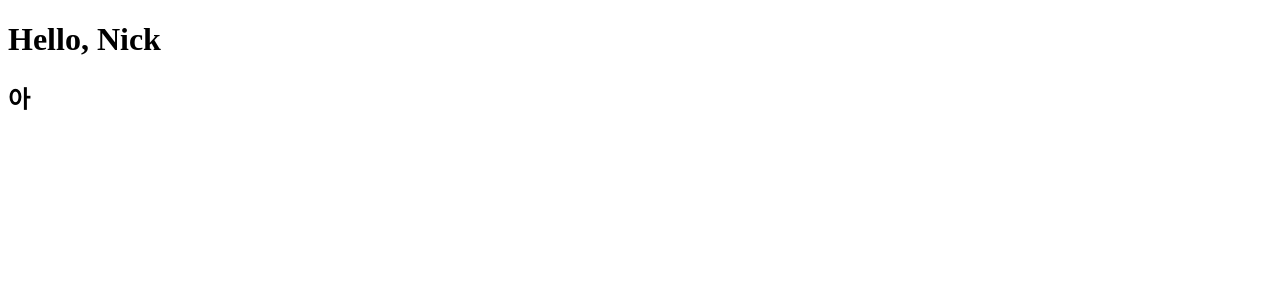
Repository: EzJonghwa/workspace_jsp
Page: test/src/main/webapp/index.html
An editor plug-in stored every save of this project. The page is shown before and after the next save, followed by the edit.
The browser window is 1280 px wide. The pictures show the whole page.

Above is the page before, as saved 2024-09-19 01:38:09.

After the next save:
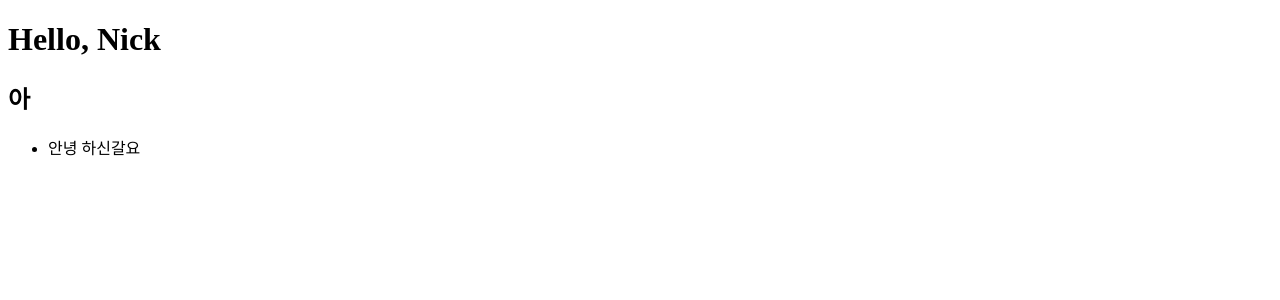
Saved 97 s later.
--- a/test/src/main/webapp/index.html
+++ b/test/src/main/webapp/index.html
@@ -5,7 +5,13 @@
 <title>Insert title here</title>
 </head>
 <body>
+
 	<h1>Hello, Nick</h1>
 	<h2>아</h2>
+	<div>
+	<ul>
+	<li> 안녕 하신갈요
+	</ul>
+	</div>
 </body>
 </html>
